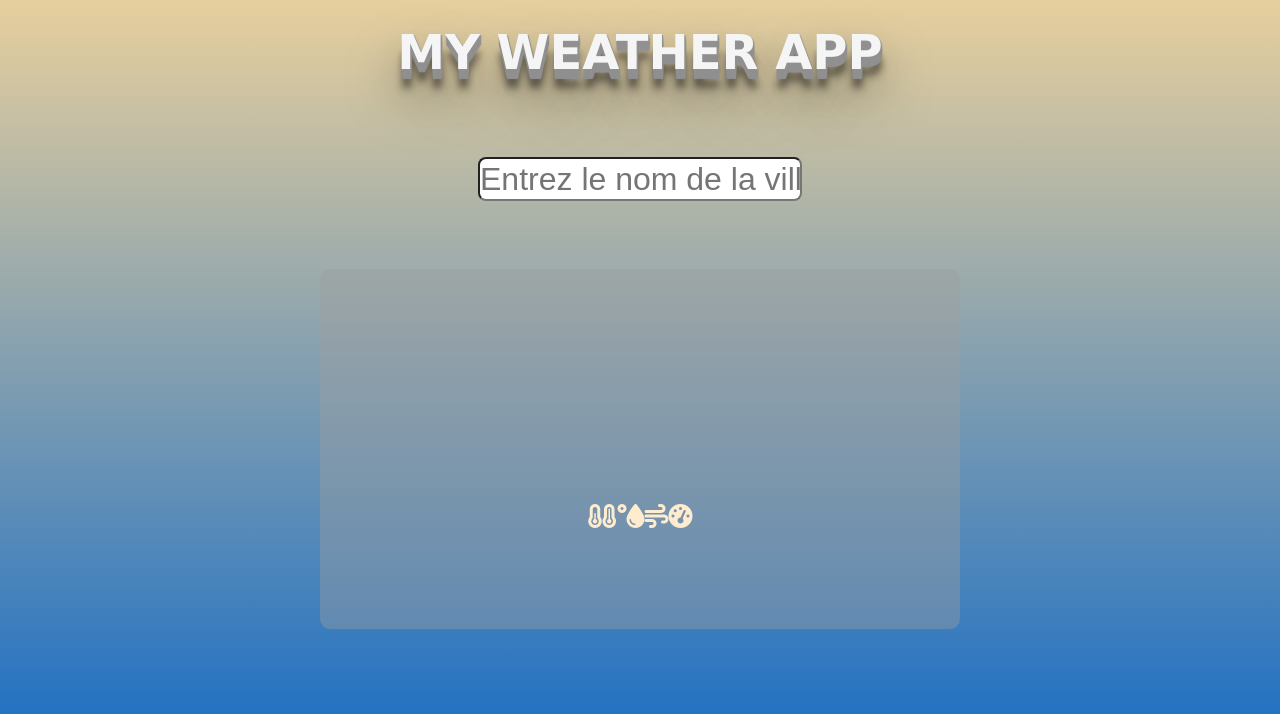
Repository: JeffnyAugustin/MyWeatherApp
Page: index.html
The author's editor kept a copy of each file at every save. The page is drawn from the files as they stood at one save, then again after the next save.
The browser window is 1280 px wide. The pictures show the whole page.

Above is the page before, as saved 2023-11-14 22:52:13.

After the next save:
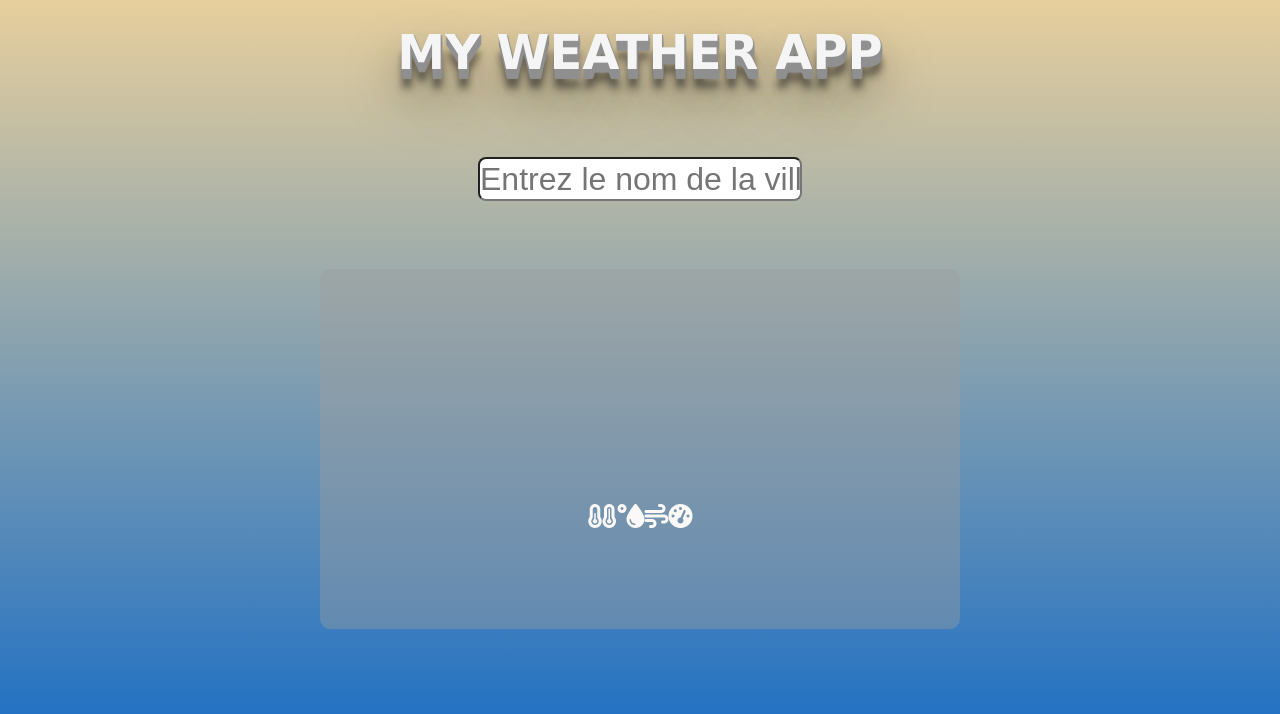
Saved 19 s later.
--- a/css/style.css
+++ b/css/style.css
@@ -47,7 +47,7 @@ div#meteoElement {
     flex-direction: row;
     justify-content: space-around;
     flex-wrap: wrap;
-    color: blanchedalmond;
+    color: rgb(250, 249, 247);
     font-size: 1.5rem;
 }
 
